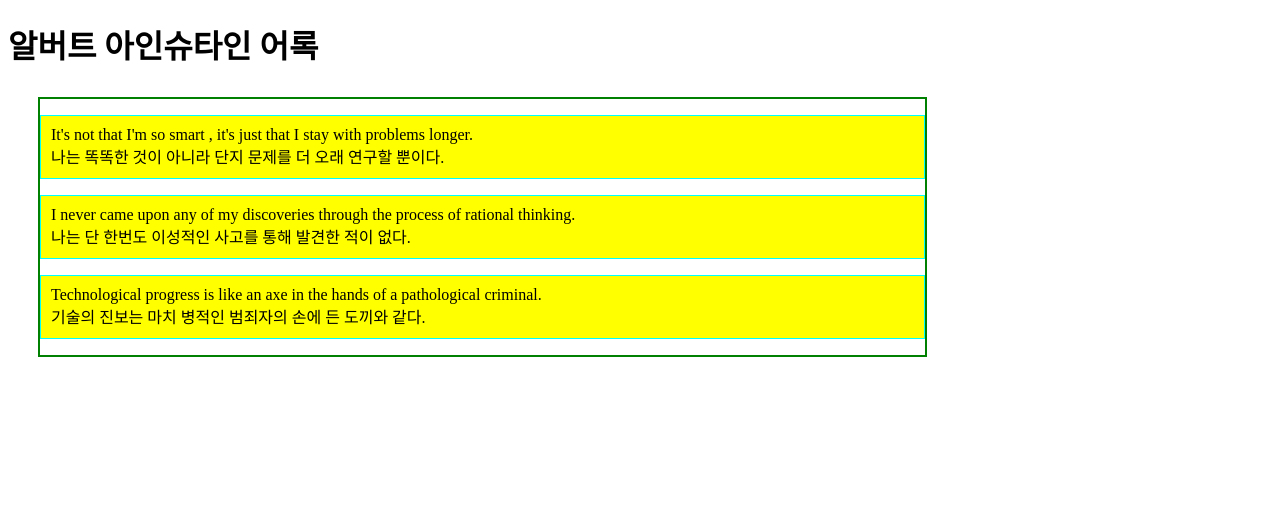
Repository: song-bean/Web_song
Page: 02_CSS/src/main/webapp/chapter03/unit03_01_padding_before.html
The author's editor kept a copy of each file at every save. The page is drawn from the files as they stood at one save, then again after the next save.
The browser window is 1280 px wide. The pictures show the whole page.

Above is the page before, as saved 2023-02-23 05:13:35.

### 02_CSS/src/main/webapp/chapter03/unit03_01_padding_before.html
<!DOCTYPE HTML>
<html>
	<head>
		<title>요소의 크기 지정 및 여백 처리하기</title>
		<meta charset="UTF-8" />
		<style type="text/css">
			div{
				margin : 30px;
				width : 70%;
				border : 2px solid green;
			}

			p{
				padding : 10px;
				border : 1px solid cyan;
				background-color: yellow;
			}
		</style>
	</head>

	<body>
		<h1>알버트 아인슈타인 어록 </h1>
		<div>
			<p>It's not that I'm so smart , it's just that I stay with problems longer. <br />
						나는 똑똑한 것이 아니라 단지 문제를 더 오래 연구할 뿐이다. </p>
			<p>I never came upon any of my discoveries through the process of rational thinking. <br />
						나는 단 한번도 이성적인 사고를 통해 발견한 적이 없다. </p>
			<p>Technological progress is like an axe in the hands of a pathological criminal. <br />
						기술의 진보는 마치 병적인 범죄자의 손에 든 도끼와 같다.</p>
		</div>
	</body>
</html>

After the next save:
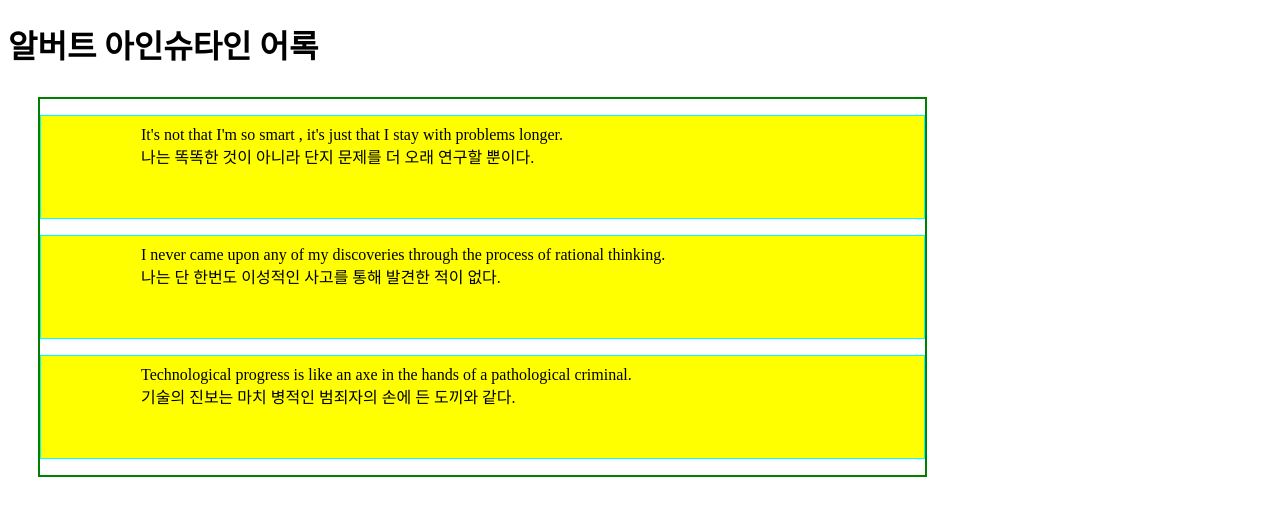
Saved 18 s later.
--- a/02_CSS/src/main/webapp/chapter03/unit03_01_padding_before.html
+++ b/02_CSS/src/main/webapp/chapter03/unit03_01_padding_before.html
@@ -11,7 +11,7 @@
 			}
 
 			p{
-				padding : 10px;
+				padding : 10px 20px 50px 100px;
 				border : 1px solid cyan;
 				background-color: yellow;
 			}
